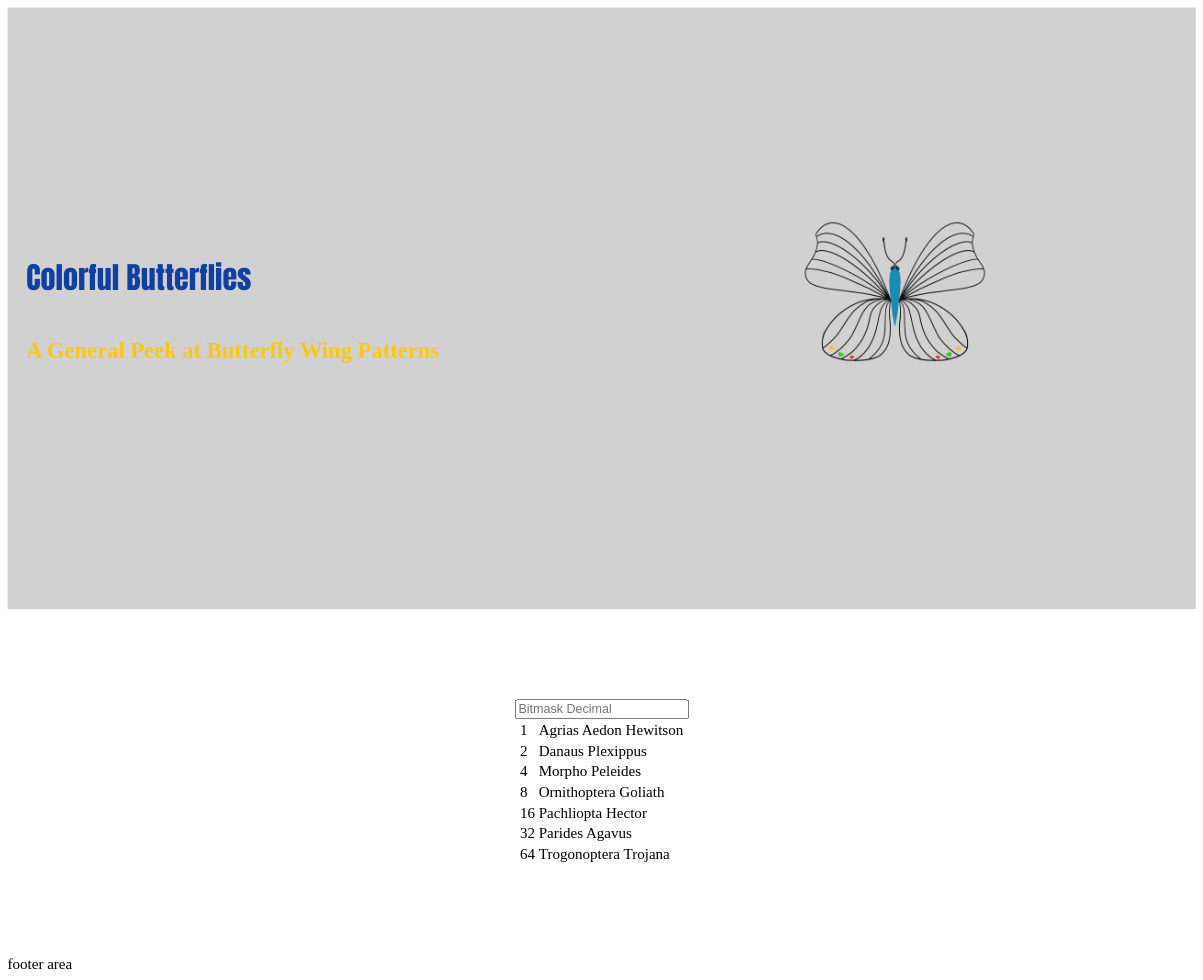
Repository: MeowCeline00/assessment-2
Page: /
These files come from the project's save history. The page is drawn as it stood at one moment and after a run of saves; the edit follows.
The browser window is 1280 px wide. The pictures show the whole page, at 94% of full size.
The project was rebuilt for these pictures with package versions that can differ from the ones it lists, and the page was loaded fresh each time. The framework's server and built-in components were replaced by stand-ins that run in the browser. Also part of the build but not shown: next.config.mjs.

Above is the page before, as saved 2024-02-07 21:59:13.

After the next 3 saves:
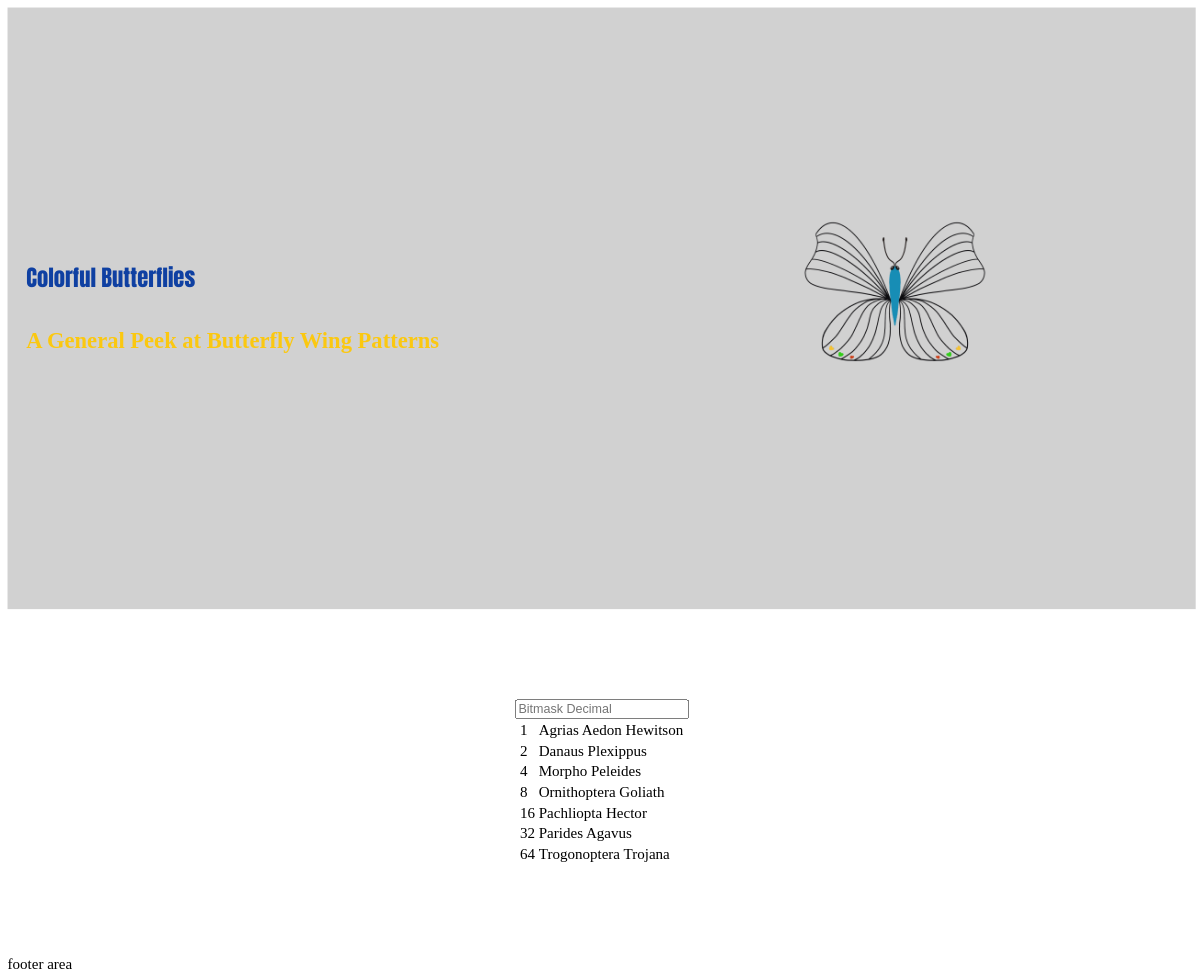
The 3 saves are shown as one change because they came seconds apart.
The last was saved 10 s later.
--- a/Components/Header/Header.module.css
+++ b/Components/Header/Header.module.css
@@ -13,7 +13,7 @@
 
 .titleArea h1 {
     color: rgb(15, 64, 162);
-    font-size: 100 px;
+    font-size: x-large;
     font-family: Impact, Haettenschweiler, 'Arial Narrow Bold', sans-serif;
 }
 
